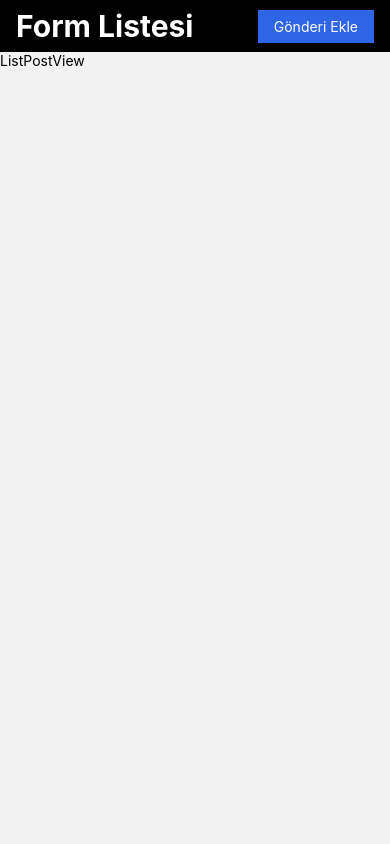
Repository: Kubraaygun/FirebaseRN
Page: /
The author's editor kept a copy of each file at every save. The page is drawn from the files as they stood at one save, then again after the next save.
The browser window is 390 px wide. The pictures show the whole page.
The app was drawn by React Native's web renderer in a window 390 px wide. The project was rebuilt for these pictures with package versions that can differ from the ones it lists, and the page was loaded fresh each time. Also part of the build but not shown: src/screens/AddPost/AddPostView.jsx, src/screens/AddPost/AddPostController.jsx.

Above is the page before, as saved 2025-01-20 18:59:56.

After the next save:
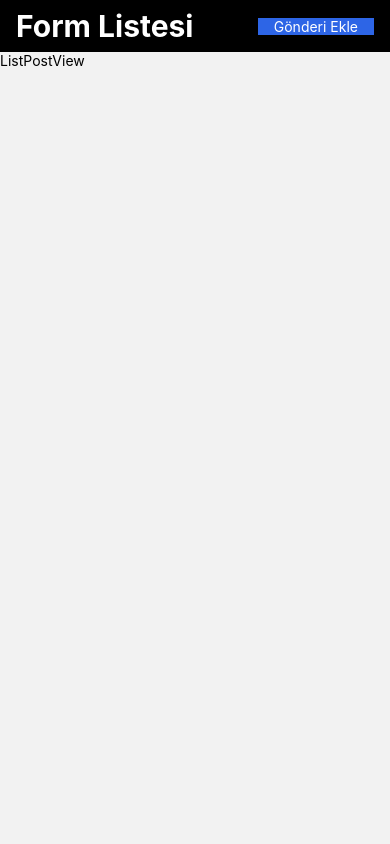
Saved 11 s later.
--- a/src/screens/component/CustomButton.jsx
+++ b/src/screens/component/CustomButton.jsx
@@ -14,11 +14,7 @@
 const styles = StyleSheet.create({
   buttonContainer: {
     backgroundColor: '#2D65E6',
-    flexDirection: 'row',
-    justifyContent: 'space-between',
     paddingHorizontal: 16,
-    paddingVertical: 8,
-    alignItems: 'center',
   },
   buttonTitle: {
     color: '#ffffff',

After the save that followed:
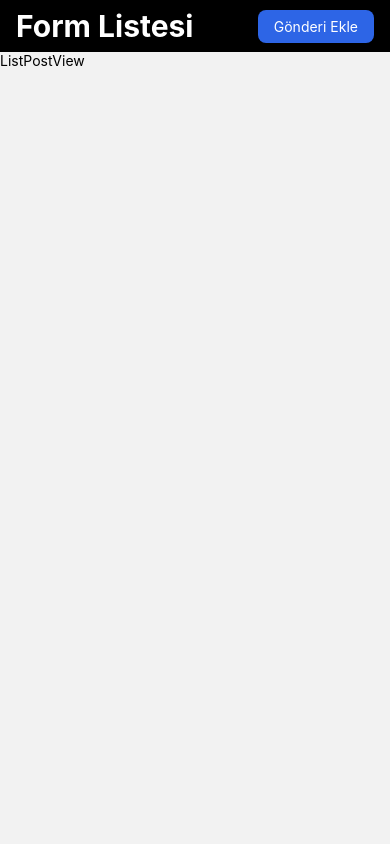
Saved 4 s later.
--- a/src/screens/component/CustomButton.jsx
+++ b/src/screens/component/CustomButton.jsx
@@ -15,6 +15,8 @@
   buttonContainer: {
     backgroundColor: '#2D65E6',
     paddingHorizontal: 16,
+    paddingVertical: 8,
+    borderRadius: 8,
   },
   buttonTitle: {
     color: '#ffffff',
